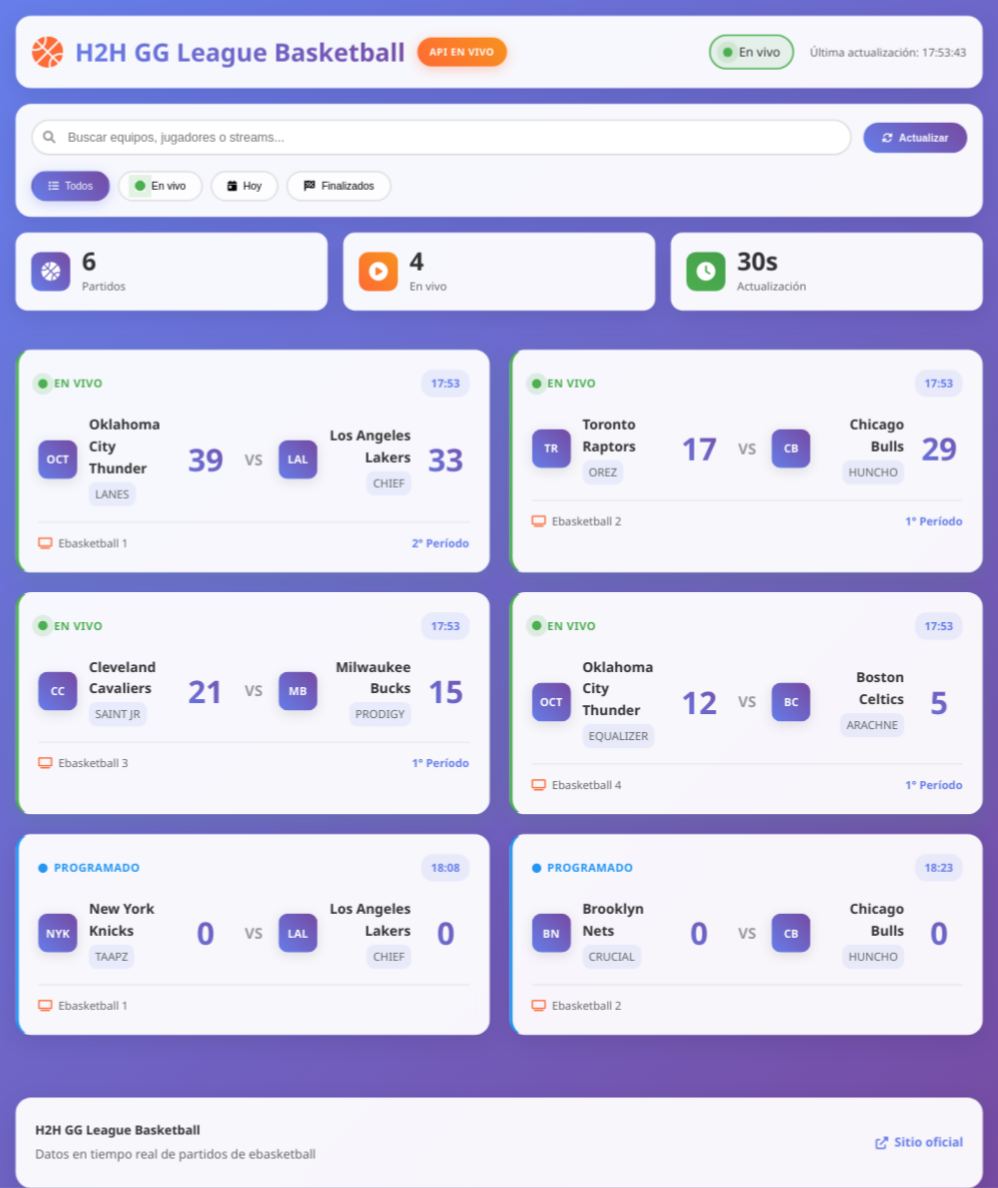
Repository: Diego-Orasystem/AnalisisApuestas
Page: index.html
The author's editor kept a copy of each file at every save. The page is drawn from the files as they stood at one save, then again after the next save.
The browser window is 1280 px wide. The pictures show the whole page, at 78% of full size.
The page's requests for data from a server got no answer.

Above is the page before, as saved 2025-07-06 18:36:44.

After the next save:
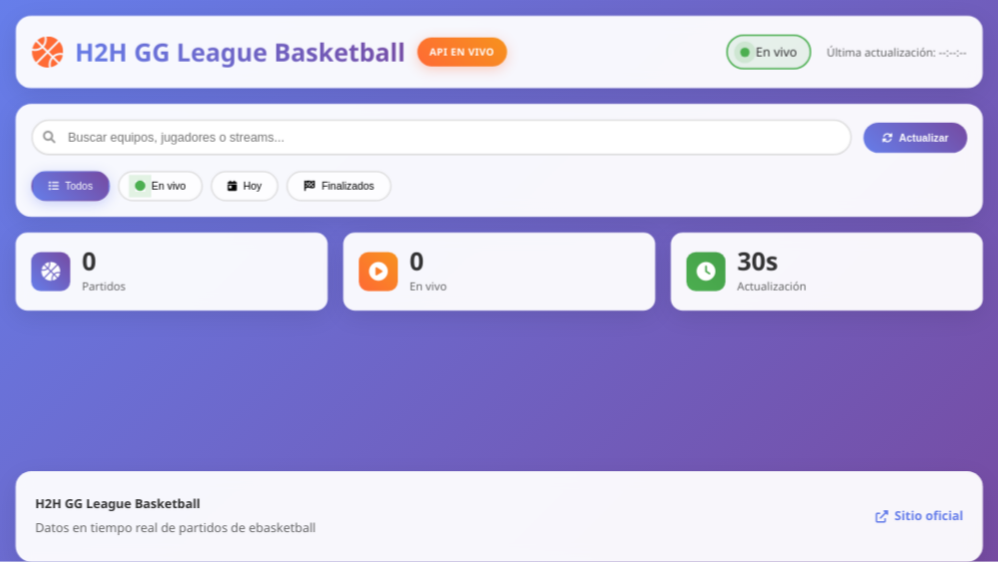
Saved 17 s later.
--- a/script.js
+++ b/script.js
@@ -191,11 +191,31 @@
     const statusClass = game.status || 'scheduled';
     const statusText = getStatusText(game.status);
 
-    // Calcular período basado en puntuación
-    const period = calculatePeriod(game.teamAScore, game.teamBScore);
+    // Obtener información de apuestas
+    const bettingInfo = getBettingInfo(game);
+    const isBetting = bettingInfo.isBetting;
+
+    // Detectar si es un partido nuevo para apuestas
+    const isNewBetting = isBetting && !previousBettingGames.has(game.externalId);
+    if (isNewBetting) {
+        previousBettingGames.add(game.externalId);
+    } else if (!isBetting) {
+        previousBettingGames.delete(game.externalId);
+    }
+
+    // Clases CSS para el resaltado
+    const bettingClass = isBetting ? 'betting-game' : '';
+    const newBettingClass = isNewBetting ? 'new-betting' : '';
 
     return `
-        <div class="game-card ${statusClass}" data-game-id="${game.externalId}">
+        <div class="game-card ${statusClass} ${bettingClass} ${newBettingClass}" data-game-id="${game.externalId}">
+            ${isBetting ? `
+                <div class="betting-badge">
+                    <i class="fas fa-fire"></i>
+                    <span>APUESTA HOT</span>
+                </div>
+            ` : ''}
+
             <div class="game-header">
                 <div class="game-status">
                     <div class="status-indicator ${statusClass}"></div>
@@ -203,6 +223,19 @@
                 </div>
                 <div class="game-time">${timeString}</div>
             </div>
+
+            ${isBetting ? `
+                <div class="betting-info">
+                    <div class="betting-detail">
+                        <i class="fas fa-trophy"></i>
+                        <span>${bettingInfo.leadingTeam} lidera por ${bettingInfo.scoreDiff} puntos</span>
+                    </div>
+                    <div class="betting-detail">
+                        <i class="fas fa-clock"></i>
+                        <span>${bettingInfo.periodText}</span>
+                    </div>
+                </div>
+            ` : ''}
 
             <div class="game-teams">
                 <div class="team">

After the save that followed:
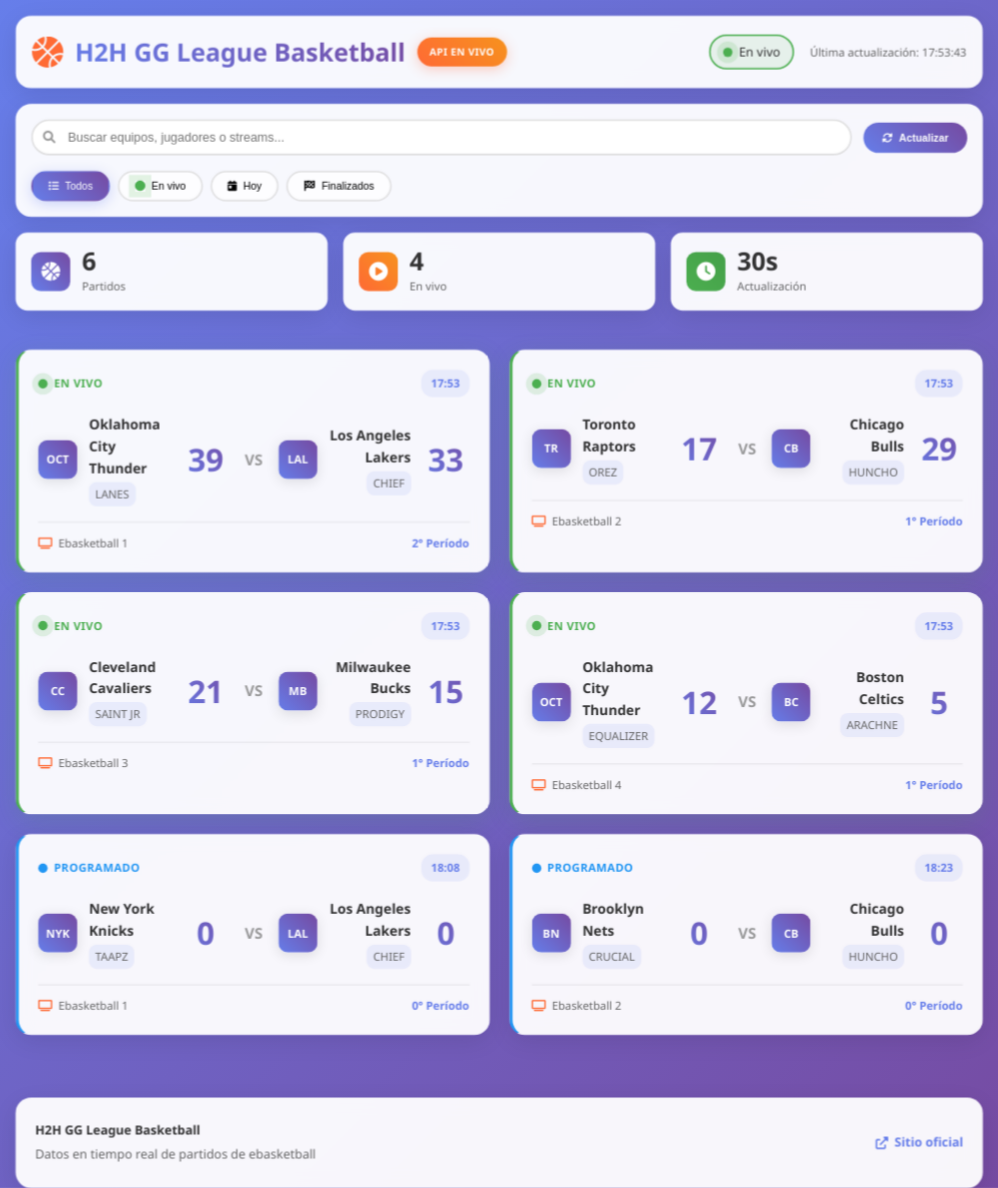
Saved 8 s later.
--- a/script.js
+++ b/script.js
@@ -268,7 +268,7 @@
                     <i class="fas fa-tv"></i>
                     <span>${game.streamName}</span>
                 </div>
-                ${period ? `<div class="game-period">${period}</div>` : ''}
+                ${bettingInfo.periodText ? `<div class="game-period ${isBetting ? 'betting-period' : ''}">${bettingInfo.periodText}</div>` : ''}
             </div>
         </div>
     `;
